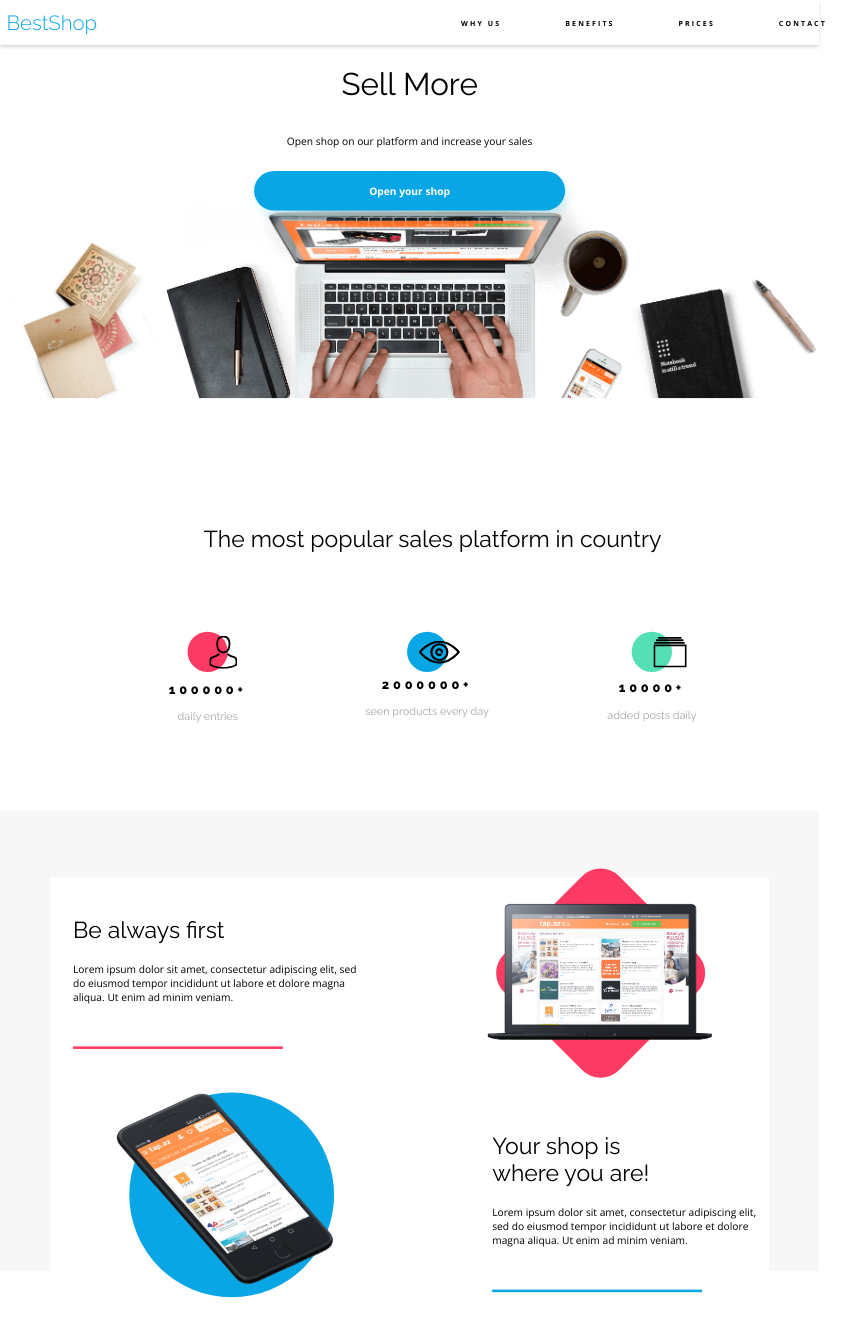
Repository: Widzisz/bestshop-website
Page: index.html
These files come from the project's save history. The page is drawn as it stood at one moment and after the next save; the edit follows.
The browser window is 1280 px wide. The page is 1352 px wide, so the pictures cover 1352 px, including what lies to the right of the window. The pictures show the whole page, at 64% of full size.

Above is the page before, as saved 2021-03-19 22:01:01.

### index.html
<!DOCTYPE html>
<html lang="en">

<head>
  <meta charset="UTF-8">
  <meta http-equiv="X-UA-Compatible" content="IE=edge">
  <meta name="viewport" content="width=device-width, initial-scale=1.0">
  <link rel="preconnect" href="https://fonts.gstatic.com">
  <link
    href="https://fonts.googleapis.com/css2?family=Open+Sans:ital,wght@0,300;0,400;0,600;0,700;0,800;1,300;1,400;1,600;1,700;1,800&family=Raleway:ital,wght@0,100;0,200;0,300;0,400;0,500;0,600;0,700;0,800;0,900;1,100;1,200;1,300;1,400;1,500;1,600;1,700;1,800;1,900&display=swap"
    rel="stylesheet">
  <title>BestShop</title>
  <link rel="stylesheet" href="css/normalize.css">
  <link rel="stylesheet" href="css/style.css">
</head>

<body>
  <div class="hero">
    <!--!!! HEADER + NAV !!!-->
    <header class="header">
      <div class="container">

        <div class="logo">
          <a href="" class="logo__title">
            BestShop
          </a>
        </div>

        <nav class="menu">
          <ul class="menu__list">
            <li><a href="">WHY US</a></li>
            <li><a href="">BENEFITS</a></li>
            <li><a href="">PRICES</a></li>
            <li><a href="">CONTACT</a></li>
          </ul>
        </nav>

      </div>
    </header>

    <!--!!! SEKCJA PIERWSZA !!!-->
    <section class="welcome">
      <div class="welcome__rows">
        <h1 class="welcome__rows-title">
          Sell More
        </h1>
        <p class="welcome__rows-text">
          Open shop on our platform and increase your sales
        </p>
        <div class="welcome__rows-btn">
          <a href="" class="welcome__rows-btn-1">
            Open your shop
          </a>
        </div>
      </div>
    </section>

    <!--!!! SEKCJA DRUGA !!!-->
    <section class="container">
      <div class="statistics">
        <h2 class="statistics__title">
          The most popular sales platform in country
        </h2>

        <div class="statistics__rows">

          <div class="statistics__rows-1">
            <div class="statistics__rows-picture">
              <div class="statistics__rows-circle-1">
              </div>
              <img src="images/person.svg" alt="" class="statistics-icon-1">
            </div>
            <p class="statistics__rows-numbers">
              100000+
            </p>
            <p class="statistics__rows-text">
              daily entries
            </p>
          </div>

          <div class="statistics__rows-2">
            <div class="statistics__rows-picture">
              <div class="statistics__rows-circle-2">
              </div>
              <img src="images/eye.svg" alt="" class="statistics-icon-2">
            </div>
            <p class="statistics__rows-numbers">
              2000000+
            </p>
            <p class="statistics__rows-text">
              seen products every day
            </p>
          </div>

          <div class="statistics__rows-3">
            <div class="statistics__rows-picture">
              <div class="statistics__rows-circle-3">
              </div>
              <img src="images/catalog.svg" alt="" class="statistics-icon-3">
            </div>
            <p class="statistics__rows-numbers">
              10000+
            </p>
            <p class="statistics__rows-text">
              added posts daily
            </p>
          </div>


        </div>
      </div>
    </section>


    <!--!!! SEKCJA TRZECIA !!!-->
    <div class="hero-2">
      <section class="container-2">

        <div class="promotion-1">
          <div class="promotion__image-1">
            <div class="promotion__picture">
              <img src="images/macbook.png" alt="" class="promotion__picture-1">
            </div>
            <div class="promotion__image-figure-1">
            </div>
          </div>
          <div class="text__rows">
            <h2 class="text__rows-title">
              Be always first
            </h2>
            <p class="text__rows-text">
              Lorem ipsum dolor sit amet, consectetur adipiscing elit, sed do eiusmod tempor incididunt ut labore et
              dolore magna aliqua. Ut enim ad minim veniam.
            </p>
            <div class="text__rows-underline-1">
            </div>
          </div>
        </div>

        <div class="promotion-2">
          <div class="promotion__image-2">
            <div class="promotion__picture">
              <img src="images/iphone.png" alt="" class="promotion__picture-2">
            </div>
            <div class="promotion__image-figure-2">
            </div>
          </div>
          <div class="text__rows-2">
            <h2 class="text__rows-title-2">
              Your shop is where you are!
            </h2>
            <p class="text__rows-text">
              Lorem ipsum dolor sit amet, consectetur adipiscing elit, sed do eiusmod tempor incididunt ut labore et
              dolore magna aliqua. Ut enim ad minim veniam.
            </p>
            <div class="text__rows-underline-2">
            </div>
          </div>
        </div>
























      </section>
    </div>

  </div>

  </div>




</body>

</html>

### css/style.css
:root {
  --c-primary: #08a6e4;
  --c-primary-shadow: rgba(7, 172, 230, 0.16);
  --c-redish: #fb3b64;
  --c-green: #55dfb4;
  --c-black: #000000;
  --c-grey: #a5a5a5;
  --c-light-grey: #f7f7f7;
  --c-white: #ffffff;
  --font-open: "Open Sans", sans-serif;
  --font-raleway: "Raleway", sans-serif;
  --cursor-pointer: pointer;
}

html {
}

* {
  box-sizing: border-box;
}
body {
  margin: 0;
}

.container {
  width: 1352px;
  margin: 0 auto;
  padding-left: 10px;
  padding-right: 10px;
}

/* -------------------------------------------------------------------------
                           NAGŁÓWEK
------------------------------------------------------------------------- */
.hero {
  width: 100%;
  height: 100vh;
  background-color: var(--c-white);
}

.header {
  width: 100%;
  height: 70px;
  background-color: var(--c-white);
  box-shadow: 0px 3px 6px #00000029;
  opacity: 1;
}

.header .container {
  height: 100%;
  display: flex;
  justify-content: space-between;
  align-items: center;
}

.logo {
}

.logo__title {
  text-align: left;
  text-decoration: none;
  color: var(--c-primary);
  letter-spacing: 0px;
  opacity: 1;
  font: normal normal 300 32px/37px var(--font-raleway);
  cursor: var(--cursor-pointer);
}

.menu {
}
.menu__list {
  list-style-type: none;
  display: flex;
}
.menu__list a {
  padding: 0 50px;
  text-decoration: none;
  text-align: center;
  font: normal normal bold 11px/15px var(--font-open);
  letter-spacing: 3.28px;
  color: var(--c-black);
  opacity: 1;
  position: relative;
}

.menu__list a::before {
  content: "";
  position: absolute;
  width: 100%;
  height: 4px;
  top: 40px;
  left: 0;
  background-color: var(--c-primary);
  visibility: hidden;
  transform: scaleX(0);
  transition: all 0.3s ease-in-out 0s;
}

.menu__list a:hover::before {
  visibility: visible;
  transform: scaleX(0.5);
}

/* -------------------------------------------------------------------------
                           SEKCJA PIERWSZA
------------------------------------------------------------------------- */
.welcome {
  height: 100vh;
  background-image: url(../images/background.png);
  background-repeat: no-repeat;
  background-size: contain;
  background-position: center;
}

.welcome__rows {
  display: flex;
  justify-content: center;
  align-items: center;
  flex-direction: column;
  padding-bottom: 100px;
}

.welcome__rows-title {
  text-align: center;
  font: normal normal normal 49px/57px var(--font-raleway);
  letter-spacing: 0px;
  color: var(--c-black);
  opacity: 1;
}

.welcome__rows-text {
  text-align: center;
  font: normal normal normal 16px/22px var(--font-open);
  letter-spacing: 0px;
  color: var(--c-black);
  opacity: 1;
}

.welcome__rows-btn {
  margin-top: 20px;
  padding: 20px 180px;
  background: var(--c-primary);
  box-shadow: 5px 10px 14px #07ace629;
  border-radius: 40px;
  opacity: 1;
}

.welcome__rows-btn-1 {
  font: normal normal bold 16px/22px var(--font-open);
  text-align: center;
  letter-spacing: 0px;
  background: var(--c-primary);
  color: var(--c-white);
  text-decoration: none;
}

/* -------------------------------------------------------------------------
                           SEKCJA DRUGA
------------------------------------------------------------------------- */

.statistics {
  display: flex;
  justify-content: center;
  align-items: center;
  flex-direction: column;
}
.statistics__title {
  text-align: center;
  font: normal normal normal 36px/42px var(--font-raleway);
  letter-spacing: 0px;
  color: var(--c-black);
  opacity: 1;
  padding-bottom: 101px;
}

.statistics__rows {
  display: flex;
  justify-content: center;
  align-items: center;
  gap: 185px;
  padding-bottom: 120px;
}

.statistics__rows-picture {
  display: flex;
  justify-content: center;
  align-items: center;
}

.statistics__rows-circle-1 {
  height: 63px;
  width: 63px;
  background: var(--c-redish);
  border-radius: 50%;
  opacity: 1;
  position: absolute;
  z-index: 0;
}

.statistics__rows-circle-2 {
  height: 63px;
  width: 63px;
  background: var(--c-primary);
  border-radius: 50%;
  opacity: 1;
  position: absolute;
  z-index: 0;
}

.statistics__rows-circle-3 {
  height: 63px;
  width: 63px;
  background: var(--c-green);
  border-radius: 50%;
  opacity: 1;
  position: absolute;
  z-index: 0;
}

.statistics-icon-1 {
  position: relative;
  left: 20%;
  z-index: 1;
}

.statistics-icon-2 {
  position: relative;
  left: 10%;
  z-index: 1;
}

.statistics-icon-3 {
  position: relative;
  left: 20%;
  z-index: 1;
}

.statistics__rows-numbers {
  text-align: center;
  font: normal normal 800 20px/24px var(--font-raleway);
  letter-spacing: 5.96px;
  color: var(--c-black);
  opacity: 1;
}

.statistics__rows-text {
  text-align: center;
  font: normal normal normal 17px/20px var(--font-raleway);
  letter-spacing: 0px;
  color: var(--c-grey);
  opacity: 1;
}

/* -------------------------------------------------------------------------
                             SEKCJA TRZECIA
------------------------------------------------------------------------- */

.hero-2 {
  width: 100%;
  height: 100vh;
  background: var(--c-light-grey);
  padding-top: 105px;
  display: flex;
  justify-content: center;
  display: grid;
  grid-row-gap: 20px;

}

.container-2 {
  width: 1124px;
  background: var(--c-white);

}

.promotion-1 {
  display: flex;
  justify-content: space-between;
  align-items: center;
  flex-direction: row-reverse;
  gap: 169px;
}

.promotion__image-1 {
  padding-right: 71px;
  padding-bottom: 38px;
  padding-top: 38px;
  display: flex;
  justify-content: center;
  align-items: center;
}
.promotion__picture {
}
.promotion__picture-1 {
  width: 386px;
  height: 219px;
  position: relative;
  z-index: 1;
}
.promotion__image-figure-1 {
  background-color: var(--c-redish);
  width: 255px;
  height: 255px;
  border-radius: 41px;
  opacity: 1;
  transform: rotate(45deg);
  position: absolute;
  z-index: 0;
}
.text__rows {
  padding-left: 36px;
}
.text__rows-title {
  text-align: left;
  font: normal normal normal 36px/42px var(--font-raleway);
  letter-spacing: 0px;
  color: var(--c-black);
  opacity: 1;
}
.text__rows-text {
  text-align: left;
  font: normal normal normal 16px/22px var(--font-open);
  letter-spacing: 0px;
  color: var(--c-black);
  opacity: 1;
}
.text__rows-underline-1 {
  width: 328px;
  height: 0px;
  border-bottom: 4px solid var(--c-redish);
  padding-top: 50px;
  opacity: 1;
}

.promotion-2 {
  display: flex;
  justify-content: space-between;
  align-items: center;
  gap: 194px;
}

.promotion__image-2 {
  padding-left: 71px;
  padding-bottom: 38px;
  padding-top: 12px;
  display: flex;
  justify-content: center;
  align-items: center;
}

.promotion__picture-2 {
  width: 426px;
  height: 328px;
  position: relative;
  z-index: 1;
}

.promotion__image-figure-2 {
  width: 320px;
  height: 320px;
  background: var(--c-primary);
  border-radius: 50%;
  position: absolute;
  z-index: 0;
}

.text__rows-underline-2 {
  width: 328px;
  height: 0px;
  border-bottom: 4px solid var(--c-primary);
  padding-top: 50px;
}

.text__rows-2 {
    padding-right: 20px;
    padding-bottom: 71px;
    padding-top: 69px;
}

.text__rows-title-2 {
    width: 246px;
    text-align: left;
  font: normal normal normal 36px/42px var(--font-raleway);
  letter-spacing: 0px;
  color: var(--c-black);
  opacity: 1;

}

Loaded but not shown: css/normalize.css (library)

After the next save:
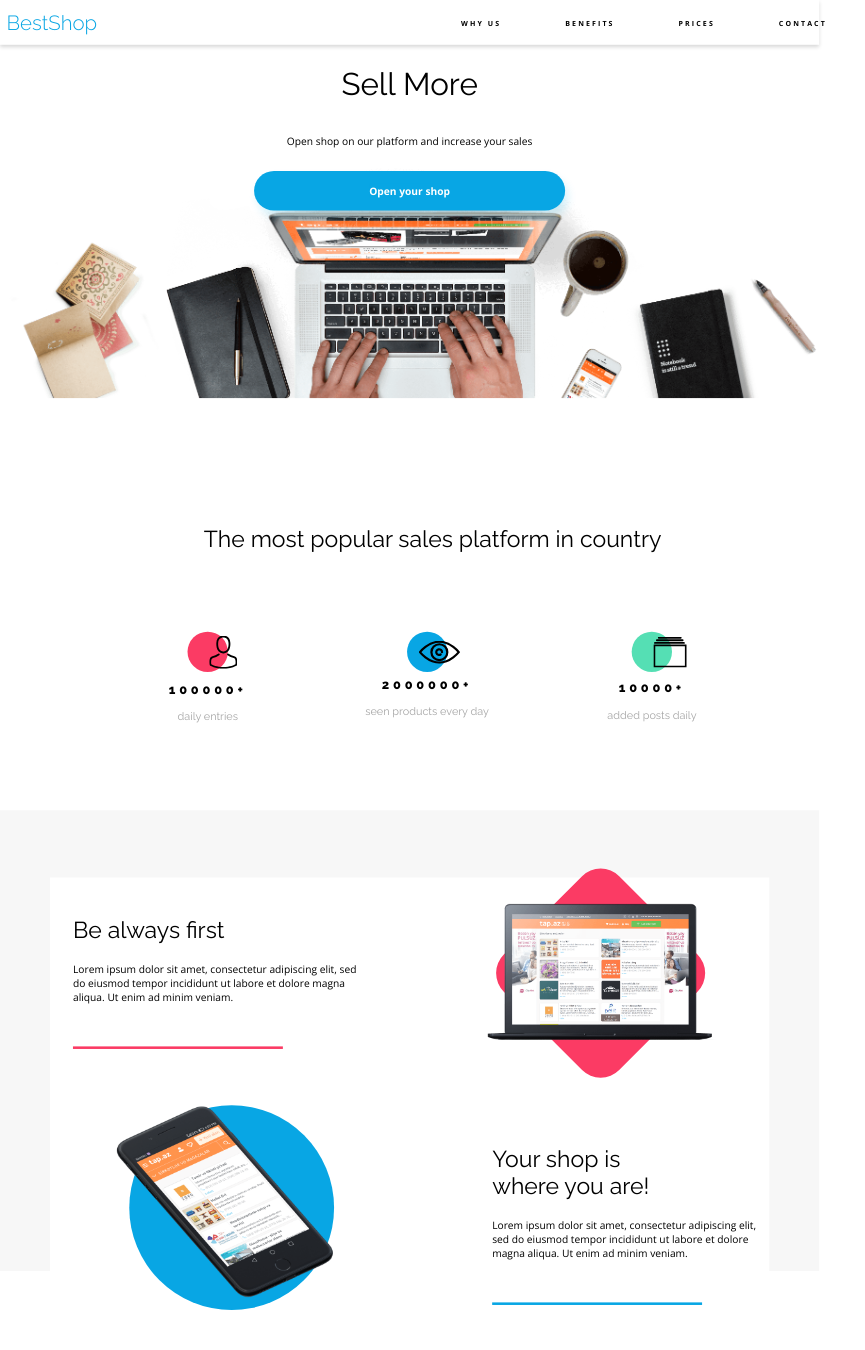
Saved 17 s later.
--- a/css/style.css
+++ b/css/style.css
@@ -262,14 +262,15 @@
   padding-top: 105px;
   display: flex;
   justify-content: center;
-  display: grid;
-  grid-row-gap: 20px;
+
 
 }
 
 .container-2 {
   width: 1124px;
   background: var(--c-white);
+  display: grid;
+  grid-row-gap: 20px;
 
 }
 

After the save that followed:
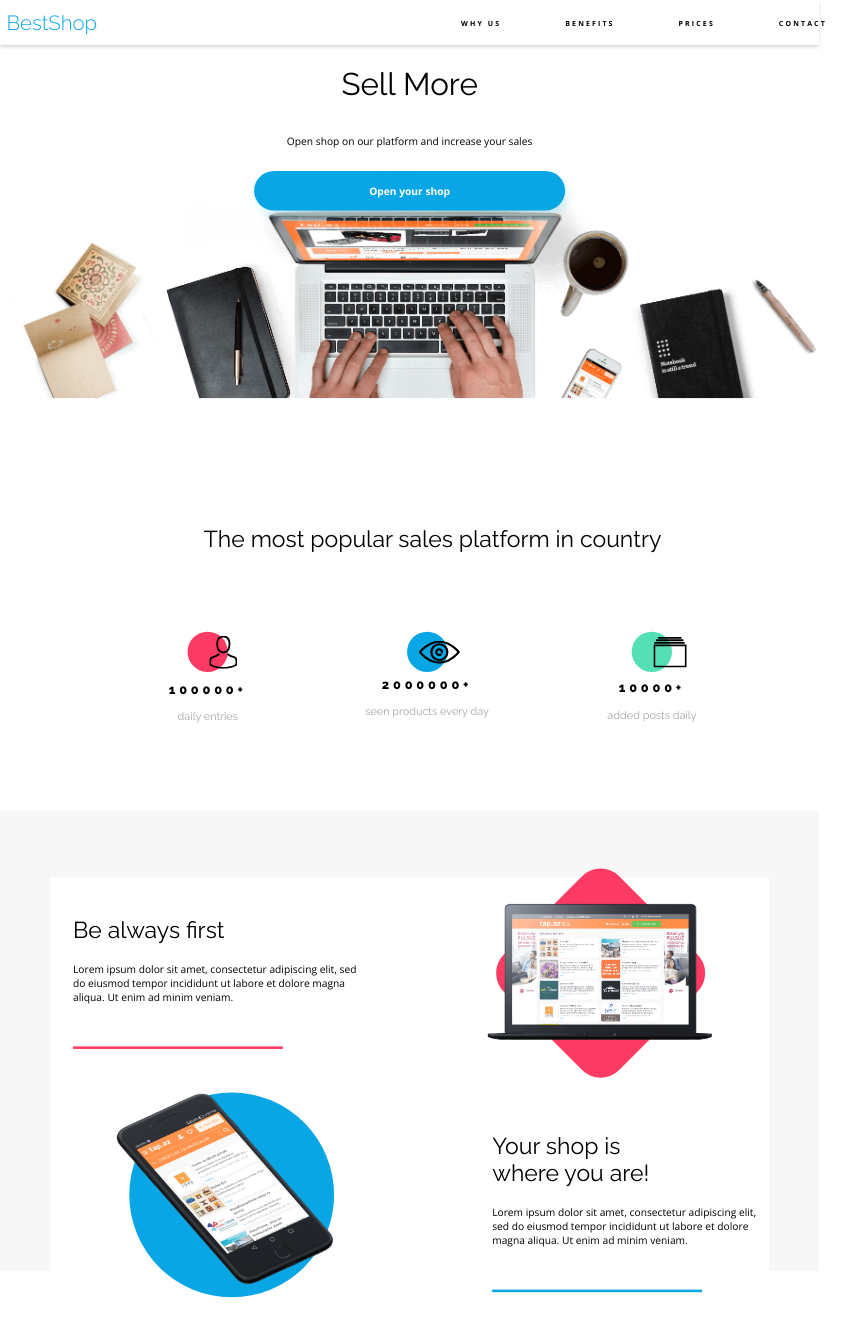
Saved 16 s later.
--- a/css/style.css
+++ b/css/style.css
@@ -262,16 +262,11 @@
   padding-top: 105px;
   display: flex;
   justify-content: center;
-
-
 }
 
 .container-2 {
   width: 1124px;
   background: var(--c-white);
-  display: grid;
-  grid-row-gap: 20px;
-
 }
 
 .promotion-1 {
@@ -373,17 +368,16 @@
 }
 
 .text__rows-2 {
-    padding-right: 20px;
-    padding-bottom: 71px;
-    padding-top: 69px;
+  padding-right: 20px;
+  padding-bottom: 71px;
+  padding-top: 69px;
 }
 
 .text__rows-title-2 {
-    width: 246px;
-    text-align: left;
+  width: 246px;
+  text-align: left;
   font: normal normal normal 36px/42px var(--font-raleway);
   letter-spacing: 0px;
   color: var(--c-black);
   opacity: 1;
-
-}
+}
